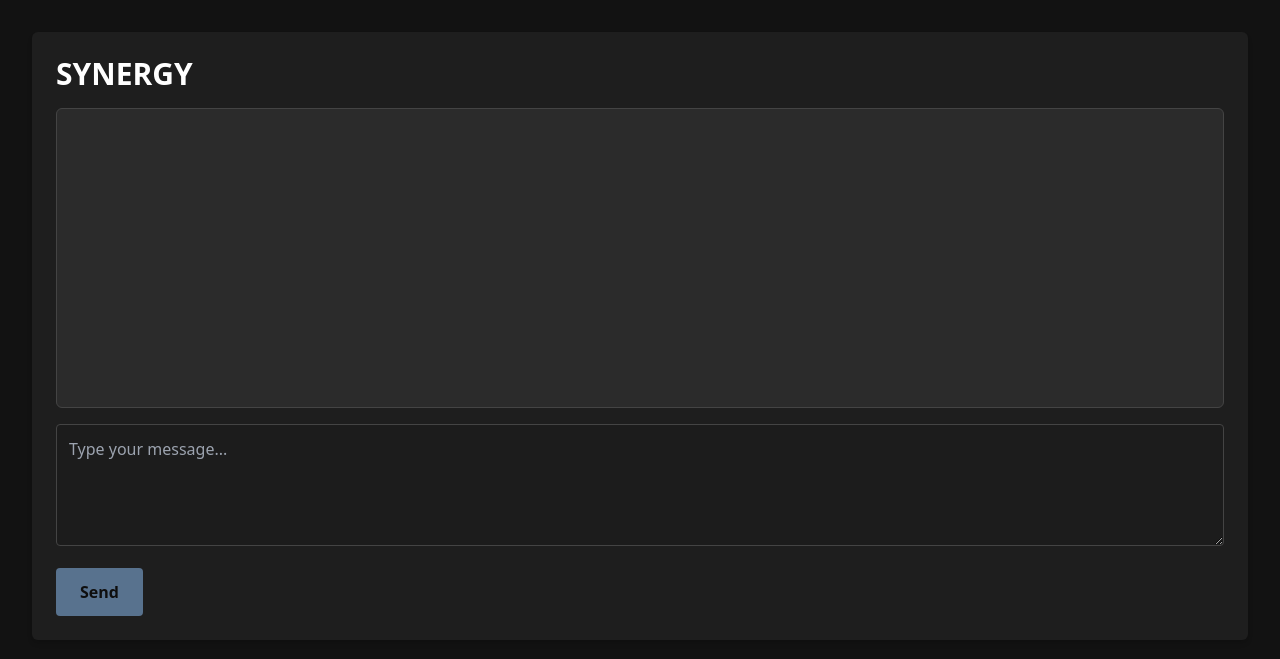
Repository: Theanh0410/Pre-thesis
Page: / (app in LLM/client/)
An editor plug-in stored every save of this project. The page is shown before and after the next save, followed by the edit.
The browser window is 1280 px wide. The pictures show the whole page.
The project was rebuilt for these pictures with package versions that can differ from the ones it lists, and the page was loaded fresh each time. The framework's server and built-in components were replaced by stand-ins that run in the browser. Also part of the build but not shown: LLM/client/next.config.js, LLM/client/next.config.mjs.

Above is the page before, as saved 2025-04-11 20:50:19.

### LLM/client/pages/_app.js
import "../styles/global.css"
export default function App({ Component, pageProps }) {
  return <Component {...pageProps} />;
}

### LLM/client/pages/index.js
import { useState } from 'react';

export default function ChatApp() {
  const [prompt, setPrompt] = useState('');
  const [messages, setMessages] = useState([]);
  const [loading, setLoading] = useState(false);

  const sendPrompt = async () => {
    if (!prompt.trim()) return;

    const userMsg = { role: 'user', text: prompt };
    setMessages(prev => [...prev, userMsg]);
    setPrompt('');
    setLoading(true);

    try {
      const res = await fetch('/api/chat', {
        method: 'POST',
        headers: { 'Content-Type': 'application/json' },
        body: JSON.stringify({ prompt: userMsg.text }),
      });

      if (!res.ok || !res.body) {
        throw new Error(`HTTP error: ${res.status}`);
      }

      let botMsg = { role: 'bot', text: '' };
      setMessages(prev => [...prev, botMsg]);

      const reader = res.body.getReader();
      const decoder = new TextDecoder();

      while (true) {
        const { done, value } = await reader.read();
        if (done) break;

        const chunk = decoder.decode(value);
        botMsg = { ...botMsg, text: botMsg.text + chunk };
        setMessages(prev => [...prev.slice(0, -1), botMsg]);
      }
    } catch (err) {
      console.error(err);
      setMessages(prev => [
        ...prev.slice(0, -1),
        { role: 'bot', text: `❌ Error: ${err.message}` },
      ]);
    } finally {
      setLoading(false);
    }
  };

  return (
    <main className="min-h-screen p-8 bg-[#121212] text-[#e0e0e0] font-sans">
      <div className="max-w-[1300px] mx-auto bg-[#1e1e1e] p-6 rounded-md shadow-md">
        <h1 className="text-3xl text-white mb-4 font-semibold">SYNERGY</h1>

        <div className="h-[300px] overflow-y-auto bg-[#2b2b2b] border border-[#444] rounded-md p-4 mb-4">
          {messages.map((msg, idx) => (
            <div
              key={idx}
              className={`mb-3 whitespace-pre-wrap break-words ${
                msg.role === 'user' ? 'text-blue-300' : 'text-green-300'
              }`}
            >
              <strong>{msg.role === 'user' ? 'You' : 'SYNERGY'}:</strong> {msg.text}
            </div>
          ))}
          {loading && (
            <div className="italic text-gray-400">SYNERGY is typing...</div>
          )}
        </div>

        <textarea
          className="w-full p-3 border border-[#444] rounded resize-y bg-[#1c1c1c] text-white mb-4"
          rows={4}
          value={prompt}
          onChange={(e) => setPrompt(e.target.value)}
          placeholder="Type your message..."
          onKeyDown={(e) => {
            if (e.key === 'Enter' && !e.shiftKey) {
              e.preventDefault();
              sendPrompt();
            }
          }}
        />

        <button
          className="px-6 py-3 bg-blue-300 text-black font-bold rounded disabled:opacity-50 hover:bg-blue-400 transition"
          onClick={sendPrompt}
          disabled={loading || !prompt.trim()}
        >
          {loading ? 'Thinking...' : 'Send'}
        </button>
      </div>
    </main>
  );
}

Loaded but not shown: LLM/client/pages/_document.js (common file); LLM/client/styles/global.css (common file); LLM/client/tailwind.config.js (common file)

After the next save:
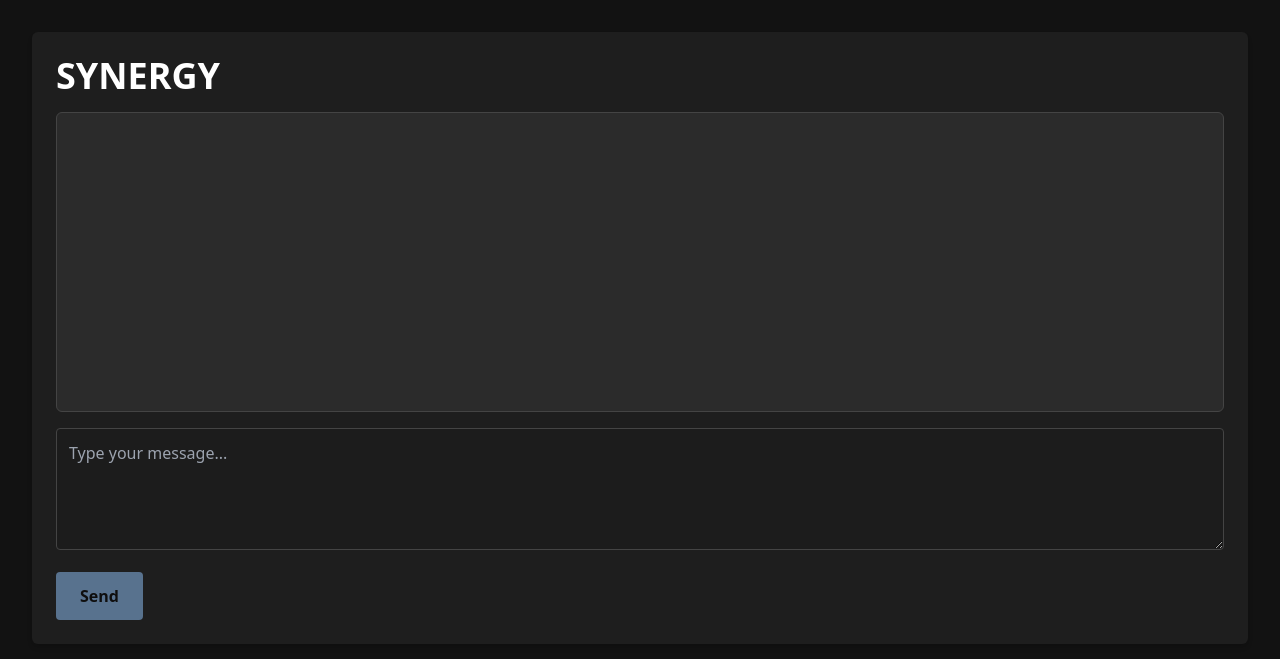
Saved 7 s later.
--- a/LLM/client/pages/index.js
+++ b/LLM/client/pages/index.js
@@ -52,7 +52,7 @@ export default function ChatApp() {
   return (
     <main className="min-h-screen p-8 bg-[#121212] text-[#e0e0e0] font-sans">
       <div className="max-w-[1300px] mx-auto bg-[#1e1e1e] p-6 rounded-md shadow-md">
-        <h1 className="text-3xl text-white mb-4 font-semibold">SYNERGY</h1>
+        <h1 className="text-4xl text-white mb-4 font-semibold">SYNERGY</h1>
 
         <div className="h-[300px] overflow-y-auto bg-[#2b2b2b] border border-[#444] rounded-md p-4 mb-4">
           {messages.map((msg, idx) => (
